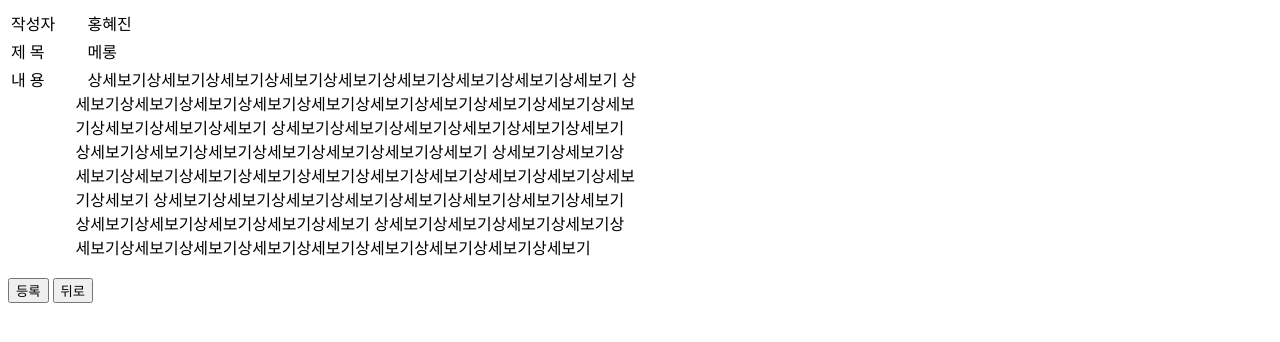
Repository: ekgus419/hckj
Page: http://localhost/Railro/WEB-INF/views/freeBoard/freeBoardDetail.jsp
These files come from the project's save history. The page is drawn as it stood at one moment and after the next save; the edit follows.
The browser window is 1280 px wide. The pictures show the whole page.
The page is served by Tomcat 9. Nobody is signed in. Other server files are loaded and not shown. The template is opened directly, without the code that normally fills it, so the values that code supplies are empty.

Above is the page before, as saved 2016-08-21 08:16:25.

### Railro/src/main/webapp/WEB-INF/views/freeBoard/freeBoardDetail.jsp
<%@ page language="java" pageEncoding="UTF-8" trimDirectiveWhitespaces="true"%>

<div class="content">
	<form name="" method="post" action="" onsubmit="" >
		<table width="50%">

    		<tr>
				<td width="5%">작성자</td>
				<td width="45%">
				&nbsp;&nbsp;&nbsp;홍혜진
				</td>
			</tr>
    		<tr>
     			<td>제 목</td>
     			<td>
				&nbsp;&nbsp;&nbsp;메롱
				</td>
    		</tr>
    		<tr>
     			<td style="vertical-align: top">내 용</td>
     			<td>
				&nbsp;&nbsp;&nbsp;상세보기상세보기상세보기상세보기상세보기상세보기상세보기상세보기상세보기
				상세보기상세보기상세보기상세보기상세보기상세보기상세보기상세보기상세보기상세보기상세보기상세보기상세보기
				상세보기상세보기상세보기상세보기상세보기상세보기상세보기상세보기상세보기상세보기상세보기상세보기상세보기
				상세보기상세보기상세보기상세보기상세보기상세보기상세보기상세보기상세보기상세보기상세보기상세보기상세보기
				상세보기상세보기상세보기상세보기상세보기상세보기상세보기상세보기상세보기상세보기상세보기상세보기상세보기
				상세보기상세보기상세보기상세보기상세보기상세보기상세보기상세보기상세보기상세보기상세보기상세보기상세보기
				</td>
    		</tr>
		</table>
	</form>
	<div class="button">
			<button>등록</button>
			<button>뒤로</button>
		</div>
</div>

After the next save:
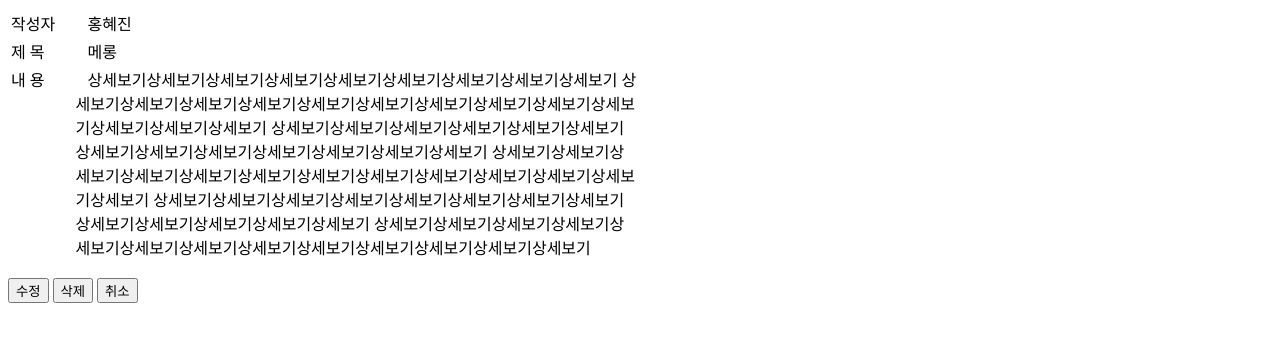
Saved 37 s later.
--- a/Railro/src/main/webapp/WEB-INF/views/freeBoard/freeBoardDetail.jsp
+++ b/Railro/src/main/webapp/WEB-INF/views/freeBoard/freeBoardDetail.jsp
@@ -30,7 +30,8 @@
 		</table>
 	</form>
 	<div class="button">
-			<button>등록</button>
-			<button>뒤로</button>
+			<button>수정</button>
+			<button>삭제</button>
+			<button>취소</button>
 		</div>
 </div>
